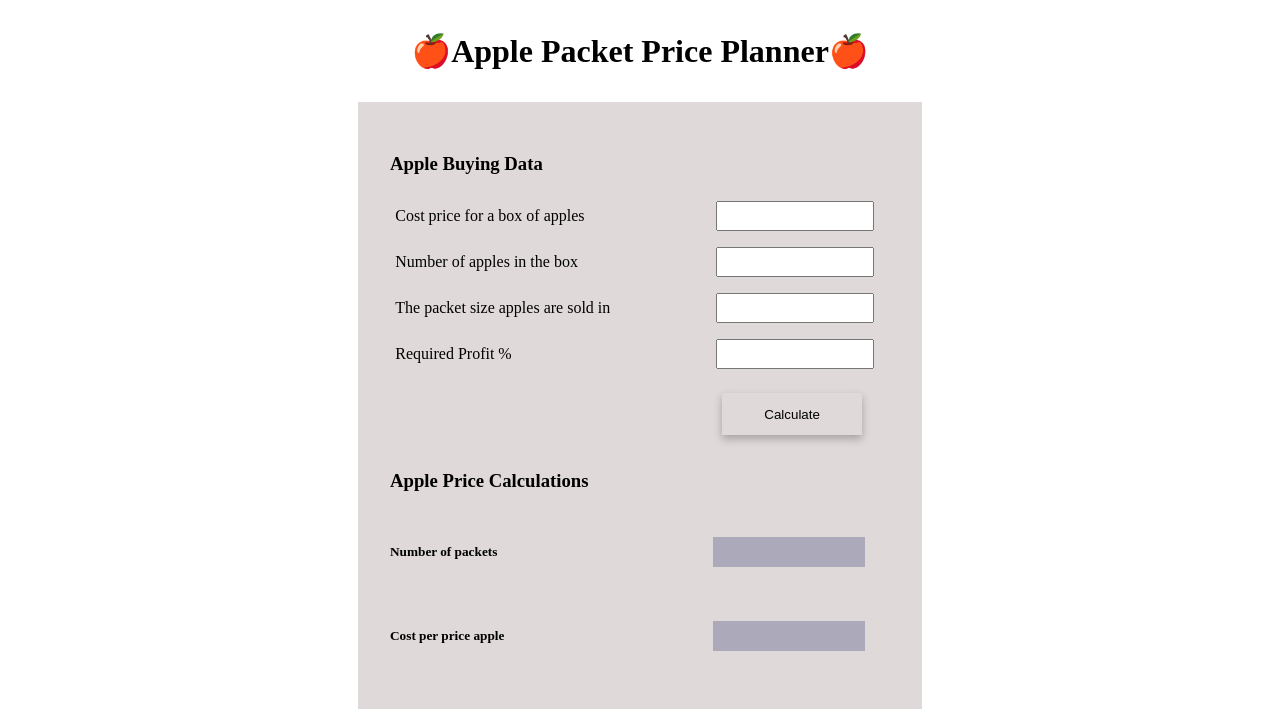
Repository: lasity34/apple-packet-price-planner
Page: index.html
An editor plug-in stored every save of this project. The page is shown before and after the next save, followed by the edit.
The browser window is 1280 px wide. The pictures show the whole page.

Above is the page before, as saved 2023-05-29 14:03:32.

### index.html
<!DOCTYPE html>
<html lang="en">
  <head>
    <meta charset="UTF-8" />
    <meta http-equiv="X-UA-Compatible" content="IE=edge" />
    <meta name="viewport" content="width=device-width, initial-scale=1.0" />
    <title>Apple Packet Price Planner</title>
    <link href="./style.css" rel="stylesheet" />
  </head>
  <body>
    <h1>🍎Apple Packet Price Planner🍎</h1>
    <main>
      <h3>Apple Buying Data</h3>
      <div class="data_input">
      <section class="input_section">
        <div class="input_container">
          <label for="apple_price">Cost price for a box of apples</label><br />
          <input
            type="number"
            id="apple_price"
            name="apple_price"

          /><br />
        </div>
      </section>
      <section class="input_section">
        <div class="input_container">
          <label for="apple_num">Number of apples in the box</label><br />
          <input type="number" id="apple_num" name="apple_num"  /><br />
        </div>
      </section>
      <section class="input_section">
        <div class="input_container">
          <label for="packet_size">The packet size apples are sold in</label><br />
          <input type="number" id="packet_size" name="packet_size" /><br />
        </div>
      </section>
      <section class="input_section">
        <div class="input_container">
          <label for="profit_required">Required Profit %</label><br />
          <input type="number" id="profit_required" name="profit_required"/><br />
        </div>
      </section>
      <div class="btn_container">
        <div></div>
        <button class="calculate_btn">Calculate</button>
      </div>
    </div>
   <section class="data_display">
    <h3>Apple Price Calculations</h3>
    <div class="data_container">
      <h5>Number of packets</h5>
      <h5 class="packets_display"></h5>
    </div>
    <div class="data_container">
      <h5>Cost per price apple</h5>
      <h5 class="cost_per_apple_display"></h5>
    </div>
   </section>
    </main>
  </body>
  <script src="./apple-factory.js"></script>
  <script src="./apple-dom.js"></script>
</html>

### style.css

h1 {
    text-align: center;
    margin: 1em;
}

main {
    background-color: rgb(223, 217, 217);
    margin: 0 auto;
    padding: 2em;
    width: 70%;
    max-width: 500px;
}

.input_section {
    padding: 0.5em 0;
}

.input_container {
    display: flex;
    justify-content: space-around;
    height: 30px;
}

.input_container input {
    width: 30%;
}

.input_container label {
    width: 60%;
   align-self: center;
}

.btn_container {
    display: flex;
    justify-content: space-around;
    padding: 1em;

}

.btn_container div {
    width: 60%;
}

.calculate_btn {
    background-color: rgb(223, 217, 217);
    width: 30%;
    padding: 1em;
    border: none;
    box-shadow: 0px 4px 8px rgba(0, 0, 0, 0.25);
}

.data_container {
    display: flex;
    justify-content: space-between;
    width: 95%;

}

.data_container h5:nth-of-type(1) {
    align-self: center;
}

.data_container h5:nth-of-type(2) {
  font-size: 1rem;
    display: flex;
    justify-content: center;
    align-items: center;
    width: 32%;
    height: 30px;
    background-color: rgb(172, 169, 186);
}

### apple-factory.js


function apple_factory(price, num, size, profit) {

    let apple_cost_price = price || 0;
    let num_apples = num || 0;
    let packet_size = size || 0;
    let profit_required = profit || 0;

    function apple_price(price) {
        apple_cost_price = price
    }

     function apple_count(num) {
        num_apples = num
     }

     function apple_size(packet) {
        packet_size = packet
     }

     function profit_input(input) {
        profit_required = input
     }

    function apples_price_length() {
        return apple_cost_price
    }

    function apple_count_length() {
        return num_apples
    }

    function apple_size_length() {
        return packet_size
    }

    function profit_required_length() {
        return profit_required
    }

    function number_of_packets() {
        const num_packets = Math.floor( num_apples / packet_size)
        return num_packets
    }

    function cost_per_apple() {
        const price_per_apple = num_apples / apple_cost_price
        return price_per_apple
    }

    function cost_per_packet() {
        const price_per_packet = (apple_cost_price * packet_size) / num_apples;
    return price_per_packet.toFixed(2)
    }

    return {
        apple_price,
        apples_price_length,
        apple_count,
        apple_count_length,
        apple_size,
        apple_size_length,
        profit_input,
        profit_required_length,
        number_of_packets,
        cost_per_apple,
        cost_per_packet


    }
}

### apple-dom.js
const calculate_btn = document.querySelector(".calculate_btn");
const apple_cost_input = document.getElementById("apple_price").value;
const apple_num_input = document.getElementById("apple_num").value;
const packet_size_input = document.getElementById("packet_size").value;
const profit_required_input = document.getElementById("profit_required").value;
const num_packet_display = document.querySelector(".packets_display")
const cost_per_apple_display = document.querySelector(".cost_per_apple_display")


const apple_fact = apple_factory(apple_cost_input, apple_num_input, packet_size_input, profit_required_input);

function apple_dom() {

num_packet_display.innerText = apple_fact.number_of_packets()
cost_per_apple_display = apple_fact.cost_per_apple()

}

calculate_btn.addEventListener("click", apple_dom);

After the next save:
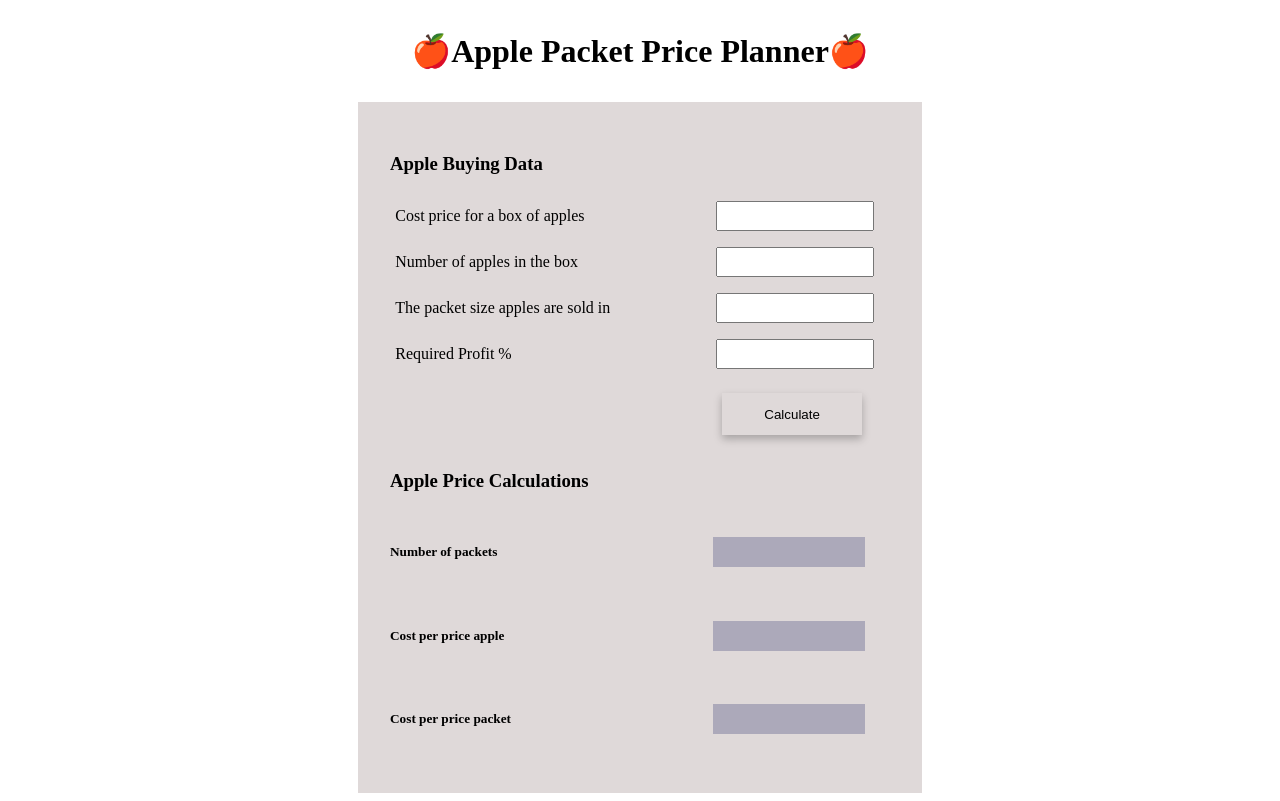
Saved 41 s later.
--- a/index.html
+++ b/index.html
@@ -56,6 +56,10 @@
       <h5>Cost per price apple</h5>
       <h5 class="cost_per_apple_display"></h5>
     </div>
+    <div class="data_container">
+      <h5>Cost per price packet</h5>
+      <h5 class="cost_per_packet_display"></h5>
+    </div>
    </section>
     </main>
   </body>
